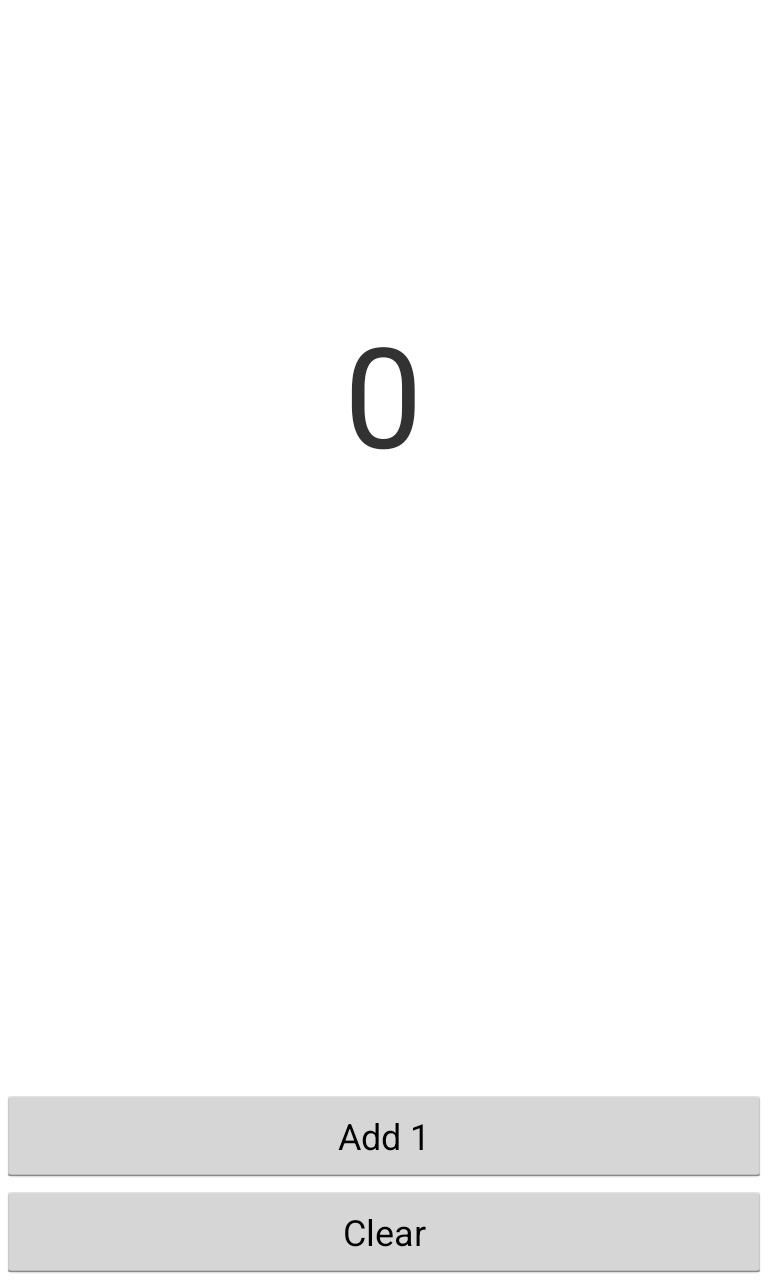
Repository: phedavkar/android_class
Layout: Counter2/res/layout/main.xml
The author's editor kept a copy of each file at every save. The layout is drawn from the files as they stood at one save, then again after the next save.
It is drawn on a 768 x 1280 px phone screen (xhdpi) without system bars, with theme AppTheme; the app's code is not run.

Above is the layout before, as saved 2014-04-08 19:11:49.

After the next save:
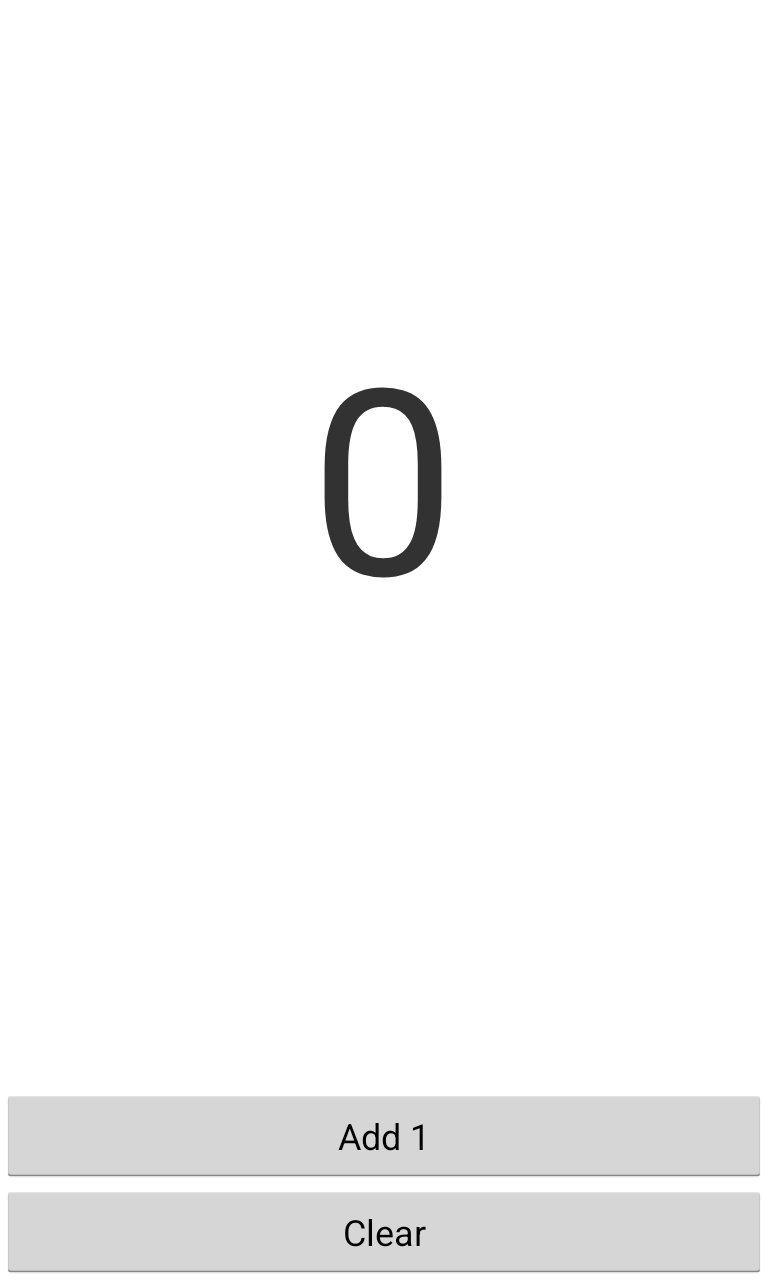
Saved 85 s later.
--- a/Counter2/res/layout/main.xml
+++ b/Counter2/res/layout/main.xml
@@ -25,7 +25,7 @@
         android:layout_alignParentTop="true"
  		android:layout_centerHorizontal="true"
         android:layout_marginTop="150dp"
-        android:textSize="70sp"
+        android:textSize="130sp"
         android:text="0" />
 
 </RelativeLayout>
